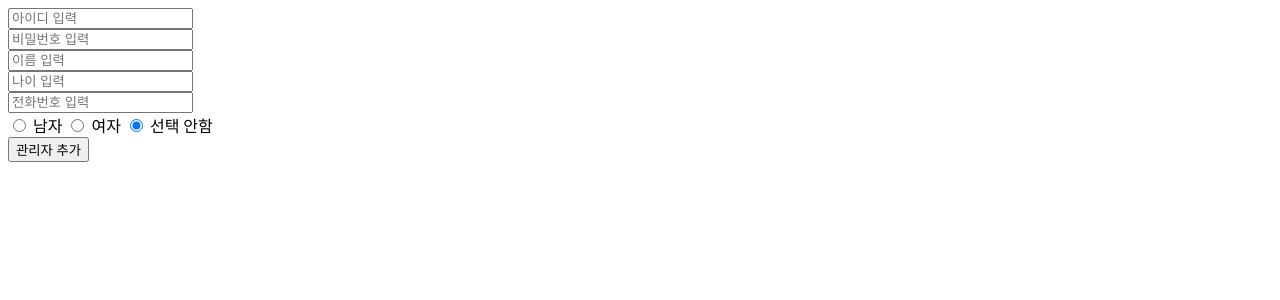
Repository: Jakej92/Study-JSP
Page: http://localhost/y_practice/templates/join.jsp
The author's editor kept a copy of each file at every save. The page is drawn from the files as they stood at one save, then again after the next save.
The browser window is 1280 px wide. The pictures show the whole page.
The page is served by Tomcat 10.

Above is the page before, as saved 2025-02-26 06:21:36.

After the next save:
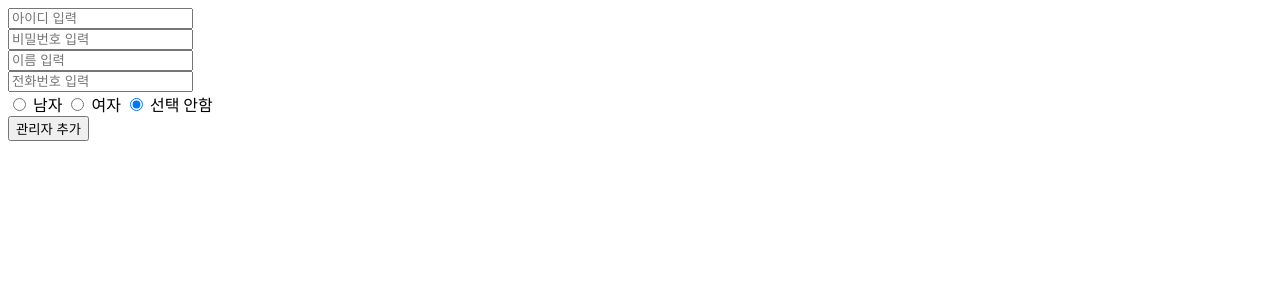
Saved 7 s later.
--- a/workspace/y_practice/src/main/webapp/templates/join.jsp
+++ b/workspace/y_practice/src/main/webapp/templates/join.jsp
@@ -18,9 +18,6 @@
 			<input type="text" name="adminName" placeholder="이름 입력">
 		</div>
 		<div>
-			<input type="text" name="adminAge" placeholder="나이 입력">
-		</div>
-		<div>
 			<input type="text" name="adminPhone" placeholder="전화번호 입력">
 		</div>
 		<label>
